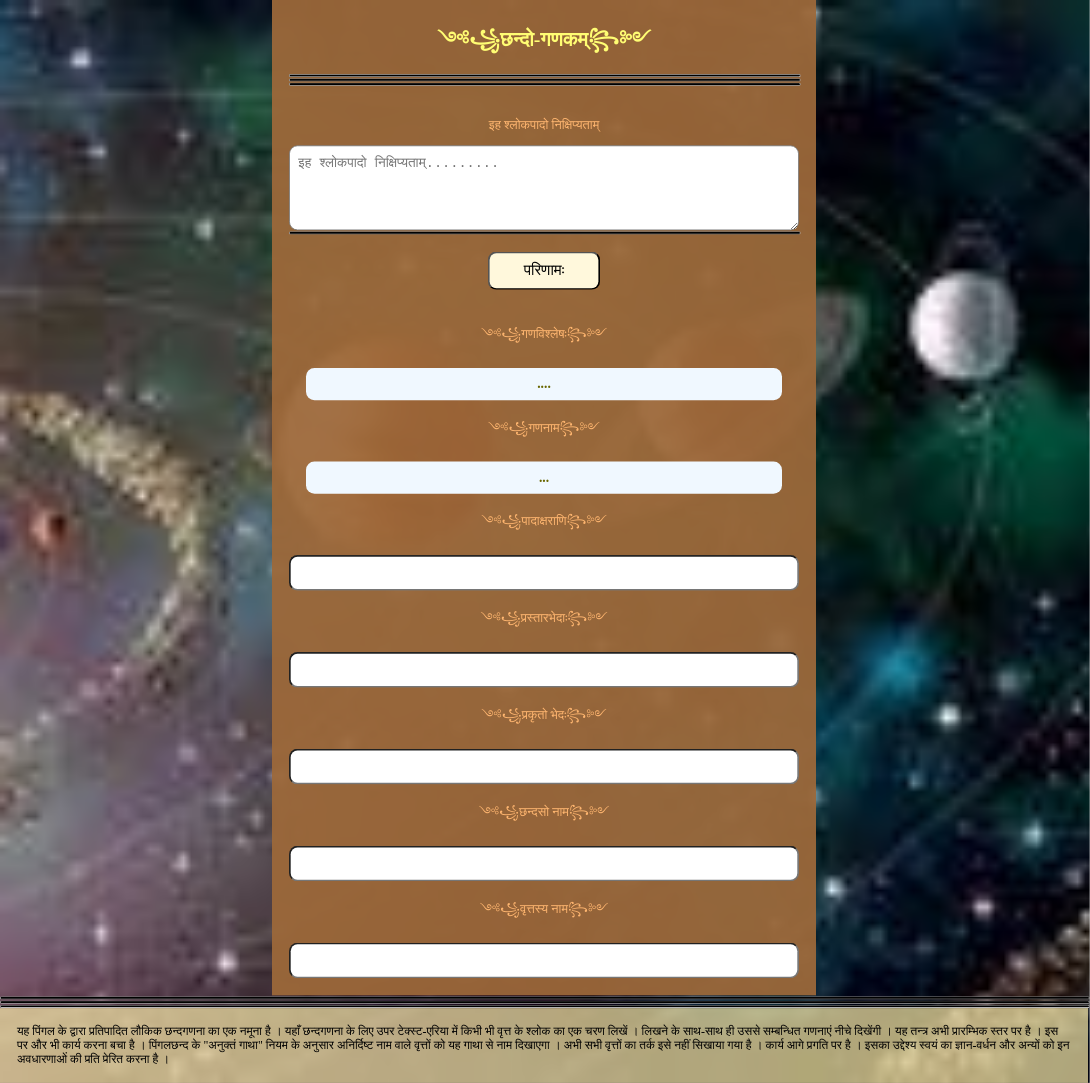
Repository: arshavak/pingala_chhand_shastram
Page: index.html
An editor plug-in stored every save of this project. The page is shown before and after the next save, followed by the edit.
The browser window is 1280 px wide. The page is 1282 px wide, so the pictures cover 1282 px, including what lies to the right of the window. The pictures show the whole page, at 85% of full size.

Above is the page before, as saved 2024-10-20 16:47:10.

### index.html

<head>
<title>छन्दो-गणकम्</title>
<meta name="viewport" content="width=device-width, initial-scale=1.0">

<link rel="stylesheet"  href="style.css">

</head>
<body>
<div class="contaner" id="contaner">

<h3>༺꧁छन्दो-गणकम्꧂༻
</h3>
<hr><hr><hr><br>
<label for="h3">इह श्लोकपादो निक्षिप्यताम्</label>
<textarea placeholder="इह श्लोकपादो निक्षिप्यताम्.........
" id="inp" onkeyup="lagabodhakam();"></textarea>
<hr>
<button id="btn" onclick="lagabodhakam()">परिणामः</button>
<label>༺꧁गणविश्लेषः꧂༻</label>
<h4 id="SI_vichched">....</h4>
<h4 id="falani"></h4>
<label>༺꧁गणनाम꧂༻</label>
<h4 id="fl">...</h4>
<label>༺꧁पादाक्षराणि꧂༻</label>
<input id="padaksharani" type="number"  readonly="" title="number"/>
<label>༺꧁प्रस्तारभेदाः꧂༻</label>
<input id="prastarabhedah" type="number" readonly="" title="number"/>
<label>༺꧁प्रकृतो भेदः꧂༻</label>
<input id="prakritobhedah" type="number" readonly="" title="number"/>
<label>༺꧁छन्दसो नाम꧂༻</label>
<input id="chhandasonama" type="text" readonly="" title="number"/>

<label>༺꧁वृत्तस्य नाम꧂༻</label>
<input id="vname" type="text" readonly="" title="number"/>
<span id="ktmtest"></span>
</div>
<hr><hr><hr>
<div class="vivaran">
 <p>
     यह पिंगल के द्वारा प्रतिपादित लौकिक छन्दगणना का एक नमूना है ।
     यहाँ छन्दगणना के लिए उपर टेक्स्ट-एरिया में किभी भी वृत्त के  श्लोक का एक चरण लिखें । लिखने के साथ-साथ ही उससे सम्बन्धित गणनाएं नीचे  दिखेंगी । यह तन्त्र अभी प्रारम्भिक स्तर पर है । इस पर और भी कार्य करना बचा है । पिंगलछन्द के "अनुक्तं गाथा" नियम के अनुसार अनिर्दिष्ट नाम वाले वृत्तों  को यह गाथा से नाम दिखाएगा । अभी सभी वृत्तों का तर्क इसे नहीं सिखाया गया है । कार्य आगे प्रगति पर है । इसका उद्देश्य स्वयं का ज्ञान-वर्धन और अन्यों को इन अवधारणाओं की प्रति प्रेरित करना है ।
 </p>

</div>
<script src="Javascript files/main-script.js"></script>
<script src="Javascript files/vritt-script.js"></script>
<script src="Javascript files/gan-script.js"></script>
</body>

### style.css


*{
  padding: 0;
  margin: 0;

}

body {
  background-image: url("fotos/background.jpeg");
  background-position: center;
  background-repeat: no-repeat;

  background-size: cover;
  font-size: 20px;
}
label {
  margin-top: 15px;
  margin-bottom: 15px;
  display: block;
  font-size: 15px;
  color:#ffb670;
}

textarea {
  min-width: 100%;
  resize: vertical;
  min-height: 100px;
  padding: 10px;
  border-radius: 10px;
  font-size: 16px;
}

input{
  outline: none;
  width: 100%;
  padding: 10px;
  border-radius: 10px;
  font-size: 16px;
}

#btn{
  margin: 20px;
  background-color: cornsilk;
  display: inline-block;
  padding: 10px 40px;
  border-radius: 10px;
  font-weight: 400px;
  font-size: 18px;
  cursor: pointer;
  transition: background-color 0.3s ease;
}

#btn :hover{
  background-color: #f9b93f;
}
#btn :active{
   transform: calc(.2);
}
.contaner{
  padding: 20px;
  position: relative;
  text-align: center;
  background-color: #9d693af0;
  max-width: 600px;
  margin: auto;

}
.vivaran{
  background-color: rgba(255, 241, 174, 0.686);
/* color: rgb(2, 98, 98); */
padding: 20px;
font-size: 14px;
}

#falani{
  display:none
}
#ktmtest{
  font-size:0px;
}

h3{
  color:#fffd73;
}

h4 {
  color:#696700;
  margin: auto;
  word-wrap:break-word;
  font-weight:900;
  overflow-x:hidden;
  background-color: aliceblue;
  outline: none;
  width: 90%;
  padding: 10px;
  border-radius: 10px;
  font-size: 16px;
}

hr{
  background-color: #000000;
  height: 2px;
  width: 100%;
  border-radius: 20px;
  margin-top: 1px;
}

### Javascript files/gan-script.js
function gan(){
document.getElementById("fl").innerHTML="";
var x = document.getElementById("falani").innerText;
x=x.match(/.{1,3}/g);
var falam = document.getElementById("fl");
document.getElementById("SI_vichched").innerText=x;
for(var i = 0; i<x.length; i++){
if(x[i]=="ISI"){
falam.innerHTML+=`<b class="alrt" onclick="alert('कदा स ज्')">जगण</b>`;
}else
if(x[i]=="SSS"){
falam.innerHTML+= `<b class="alrt" onclick="alert('धीश्रीस्त्री म्')">मगण</b>`;
}else
if(x[i]=="ISS"){
falam.innerHTML+=`<b class="alrt" onclick="alert('वरा सा य्')">यगण</b>`;
}else

if(x[i]=="SIS"){
falam.innerHTML+=`<b class="alrt" onclick="alert('का गुहा र्')">रगण</b>`;
}else

if(x[i]=="IIS"){
falam.innerHTML+=`<b class="alrt" onclick="alert('वसुधा स्')">सगण</b>`;
}else

if(x[i]=="SSI"){
falam.innerHTML+=`<b class="alrt" onclick="alert('सा ते क्व त्')">तगण</b>`;
}else

if(x[i]=="SII"){
falam.innerHTML+=`<b class="alrt" onclick="alert('किं वद भ्')">भगण</b>`;
}else

if(x[i]=="III"){
falam.innerHTML+=`<b class="alrt" onclick="alert('न हसन्')">नगण</b>`;
}else

if(x[i]=="S"){
falam.innerHTML+=`<b class="alrt" onclick="alert('गन्ते , ध्रादिपरः , हे ')">गुरु</b>`;
}else

if(x[i]=="SS"){
falam.innerHTML+=`<b class="alrt" onclick="alert('गन्ते , ध्रादिपरः , हे ')">गुरुगुरु</b>`;
}else

if(x[i]=="SI"){
falam.innerHTML+=`<b class="alrt" onclick="alert('लघुगुरु')"> गुरुलघु</b>`;
}else

if(x[i]=="IS"){
falam.innerHTML+=`<b class="alrt" onclick="alert('लघुगुरु ')">लघुगुरु </b>`;
}else

if(x[i]=="II"){
falam.innerHTML+=`<b class="alrt" onclick="alert('लघु लघु')">लघु लघु</b>`;
}else

if(x[i]=="I"){
falam.innerHTML+=`<b class="alrt" onclick="alert('लघु')">लघु</b>`;
}else{
falam.innerHTML="......";
}}}

Loaded but not shown: Javascript files/main-script.js (no copy from this time; the picture is the same without it); Javascript files/vritt-script.js (no copy from this time; the picture is the same without it)

After the next save:
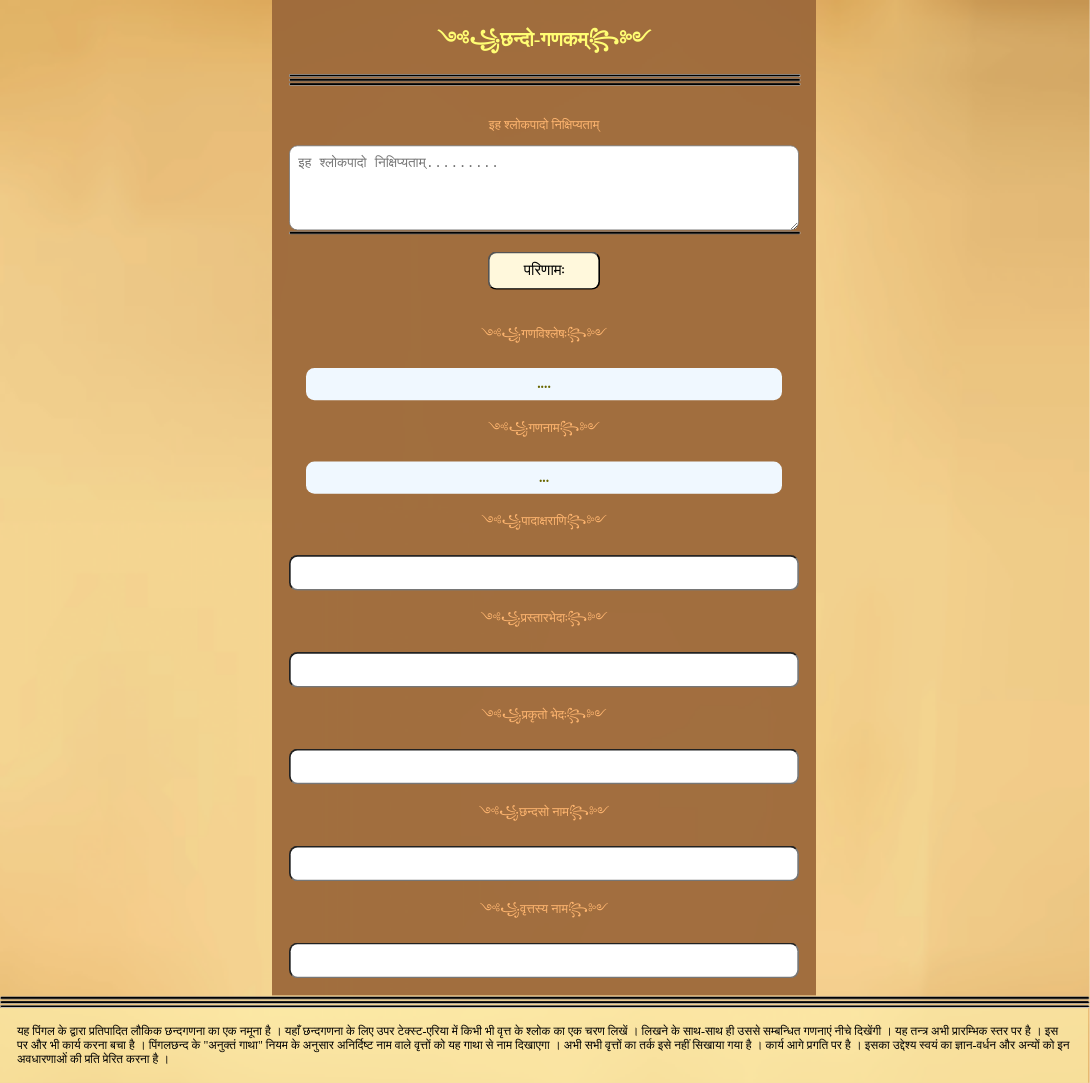
Saved 20 s later.
--- a/style.css
+++ b/style.css
@@ -7,7 +7,7 @@
 }
 
 body {
-  background-image: url("fotos/background.jpeg");
+  background-image: url("fotos/bgchh.png");
   background-position: center;
   background-repeat: no-repeat;
 
